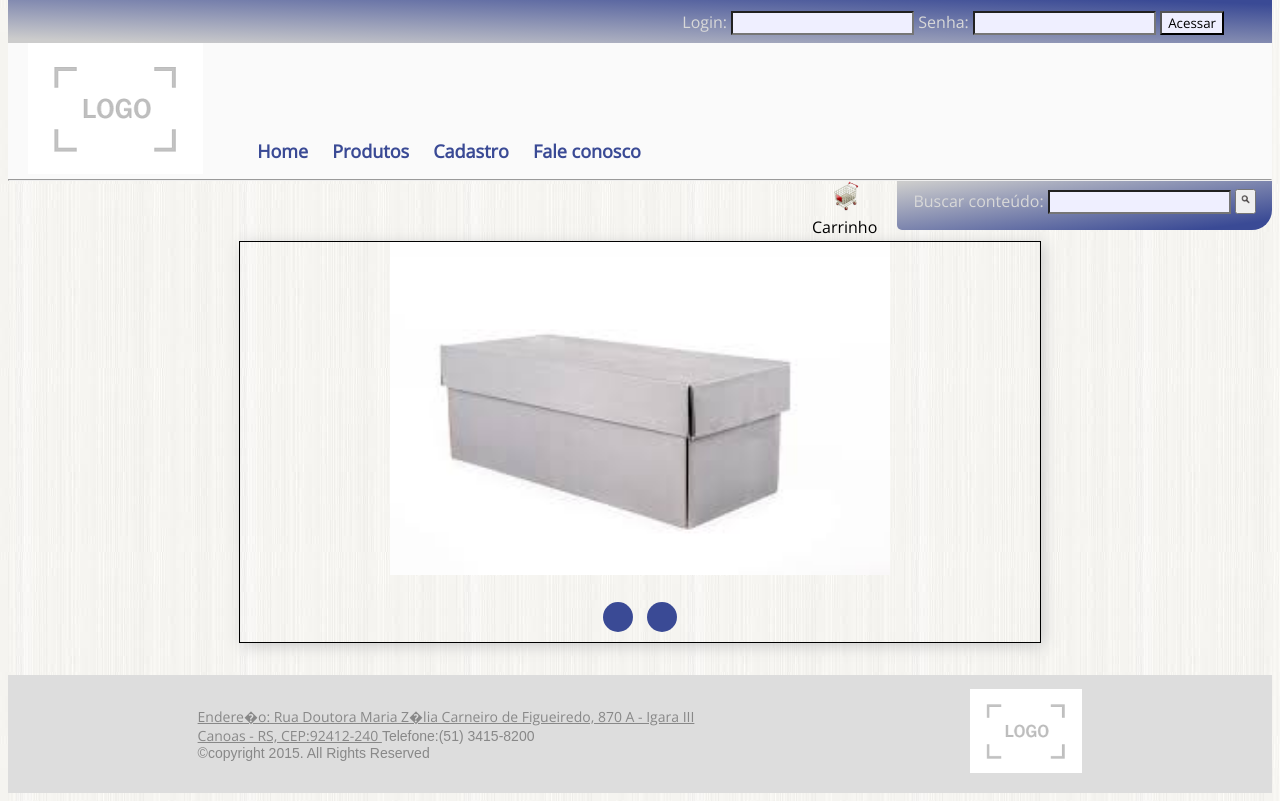
Repository: lauroPereira/study
Page: http://localhost/index.html
These files come from the project's save history. The page is drawn as it stood at one moment and after the next save; the edit follows.
The browser window is 1280 px wide. The pictures show the whole page.
The page is run by PHP 8.4 with error messages shown; the project is at /var/www/html/.

Above is the page before, as saved 2016-06-16 03:25:46.
Console error: TypeError: Cannot read properties of undefined (reading 'tagName')

After the next save:
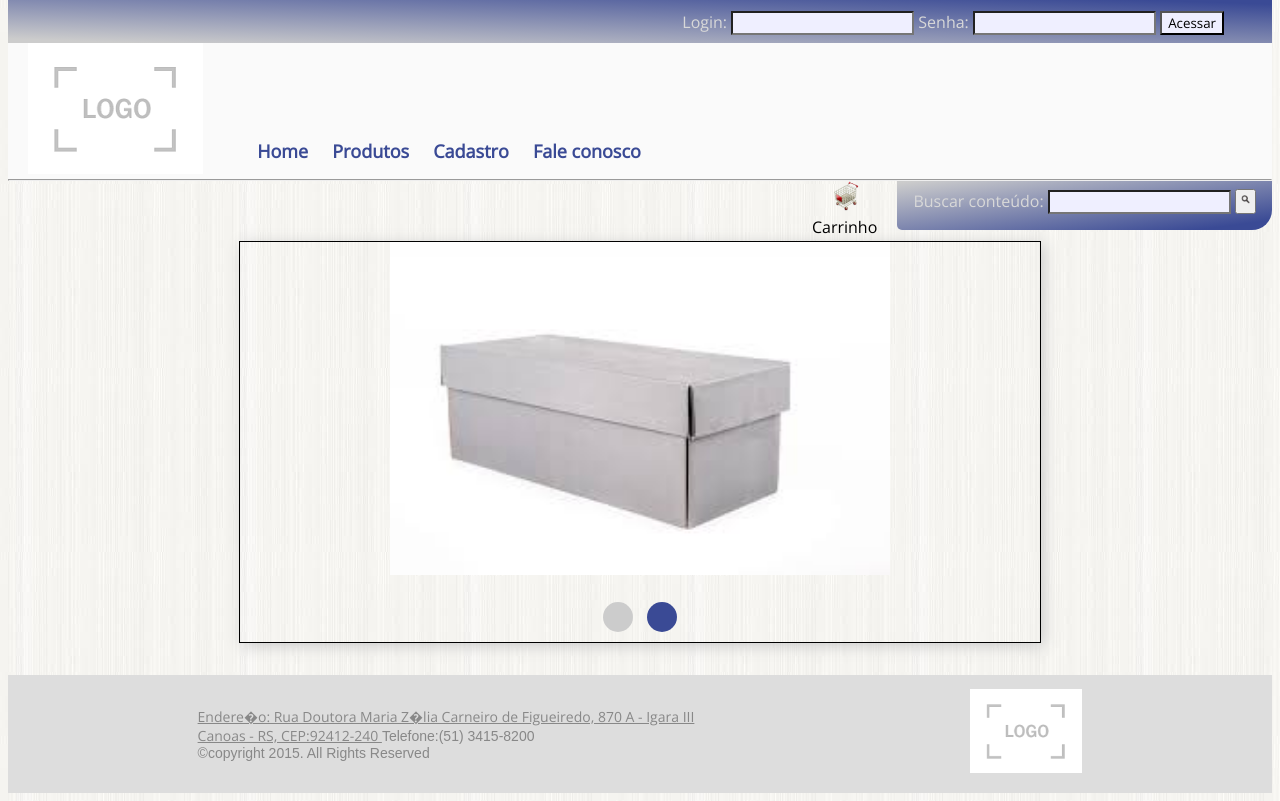
The error is gone.
Saved 47 s later.
--- a/TrabalhoFinalWeb/js/script.js
+++ b/TrabalhoFinalWeb/js/script.js
@@ -19,7 +19,7 @@ carousel = (function() {
 
 	function formataItem(n) {
 		box.style.backgroundImage = "url('../../img/promo" + n + ".jpg')";
-		for (var i = 0; i <= itens; i++) {
+		for (var i = 0; i < itens; i++) {
 			if (box.children[i].tagName == "DIV"){
 				box.children[i].style.backgroundColor = "#3A4A95";
 			}
